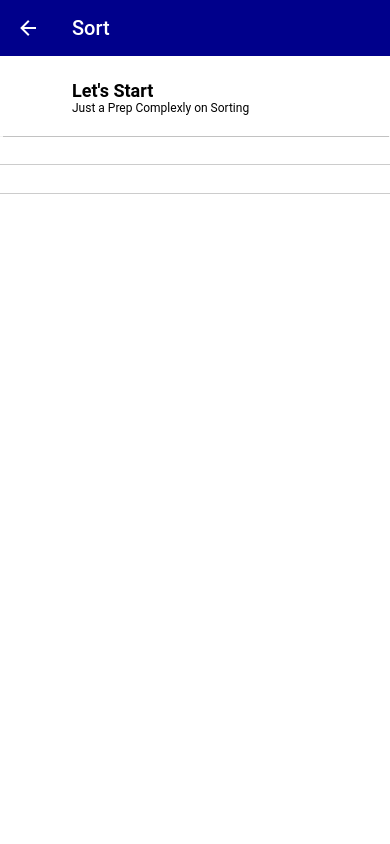
Repository: seyicoded/rn-crazy-algorithm-app
Screen: /, after clicking the first element matching `div.r-transitionProperty-1i6wzkk`
These files come from the project's save history. The screen is drawn as it stood at one moment and after the next save; the edit follows.
The app was drawn by React Native's web renderer in a window 390 px wide. The project was rebuilt for these pictures with package versions that can differ from the ones it lists, and the page was loaded fresh each time. Also part of the build but not shown: src/screens/filter.js, src/screens/advance.js.

Above is the screen before, as saved 2022-03-30 17:14:38.

After the next save:
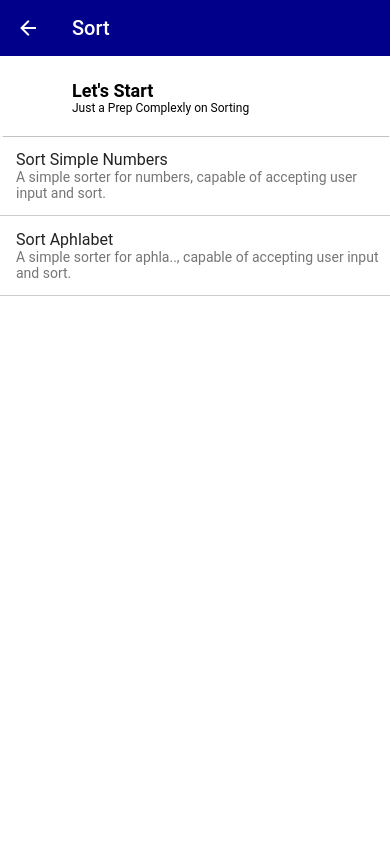
Saved 20 s later.
--- a/src/screens/sort.js
+++ b/src/screens/sort.js
@@ -46,7 +46,7 @@ export default function Sort({route, navigation}) {
 
       <FlatList
       data={data}
-      renderItem={item=>{
+      renderItem={({item})=>{
           return (
             <List.Item
             title={item.title}
